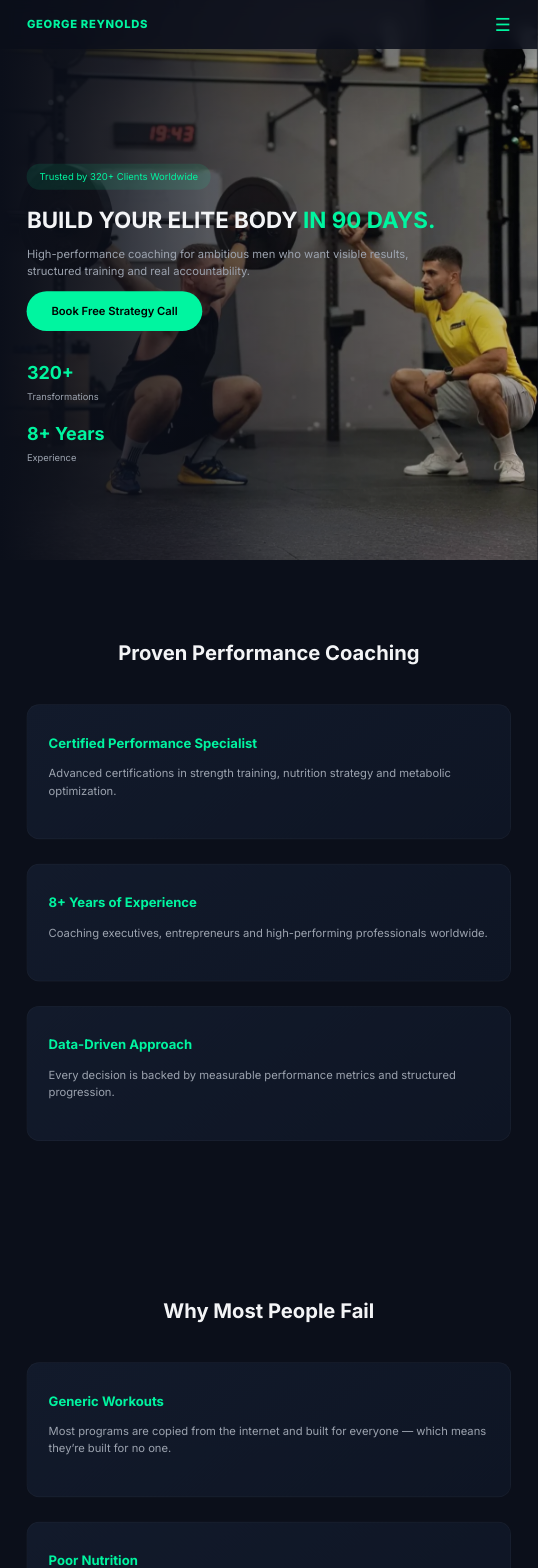
Repository: davidfsillva/Landing-page-pro
Page: index.html
An editor plug-in stored every save of this project. The page is shown before and after the next save, followed by the edit.
The browser window is 768 px wide. The pictures show the part of the page from y = 0 to 2240 px (the page is 10189 px tall), at 70% of full size.

Above is the page before, as saved 2026-02-26 19:10:35.

### index.html
<!DOCTYPE html>
<html lang="en">
<head>
    <!-- ================= BASIC META ================= -->
    <meta charset="UTF-8">
    <meta name="viewport" content="width=device-width, initial-scale=1.0, maximum-scale=5.0">
    <meta name="robots" content="index, follow">
    <link rel="canonical" href="https://www.lucasreynolds.com">

    <!-- ================= SEO ================= -->
    <title>George Reynolds | Elite Personal Trainer</title>
    <meta name="description" content="Elite personal training focused on fat loss, muscle building and peak performance. Customized programs, strategic nutrition and real accountability. Book your free fitness consultation today.">

    <!-- ================= OPEN GRAPH ================= -->
    <meta property="og:title" content="George Reynolds | Transform Your Body in 90 Days">
    <meta property="og:description" content="Personalized training programs with proven results. Limited spots available.">
    <meta property="og:type" content="website">
    <meta property="og:image" content="https://placehold.co/1200x630/0B1020/00FF99?text=GEORGE+REYNOLDS">
    <meta property="og:url" content="https://www.georgereynolds.com">
    <meta name="twitter:card" content="summary_large_image">

    <!-- FONTS -->
    <link rel="preconnect" href="https://fonts.googleapis.com">
    <link href="https://fonts.googleapis.com/css2?family=Inter:wght@300;400;600;700;800&display=swap" rel="stylesheet">

    <link rel="stylesheet" href="style.css">
</head>

<body>

<header class="header">
  <div class="container header-flex">
      <div class="logo">GEORGE REYNOLDS</div>

      <button class="menu-toggle" id="menuToggle" aria-label="Toggle Menu" aria-expanded="false">☰</button>

      <nav class="nav" id="nav">
        <a href="#home">Home</a>
        <a href="#about">About</a>
        <a href="#method">Method</a>
        <a href="#results">Results</a>
        <a href="#contact" class="nav-cta">Book Call</a>
      </nav>
  </div>
</header>

<main>

<!-- HERO -->
<section id="home" class="hero reveal">
    <div class="hero-overlay"></div>
    <div class="container hero-grid">

        <div class="hero-content">
            <div class="hero-badge">
                Trusted by 320+ Clients Worldwide
            </div>

            <h1>
                BUILD YOUR ELITE BODY
                <span>IN 90 DAYS.</span>
            </h1>

            <p>
                High-performance coaching for ambitious men who want visible results,
                structured training and real accountability.
            </p>

            <div class="hero-buttons">
                <a href="#contact" class="btn btn-primary">
                    Book Free Strategy Call
                </a>
            </div>

            <div class="hero-proof">
                <div>
                    <strong>320+</strong>
                    <small>Transformations</small>
                </div>

                <div>
                    <strong>8+ Years</strong>
                    <small>Experience</small>
                </div>
            </div>
        </div>

    </div>
</section>

<!-- AUTHORITY -->
<section class="section authority reveal">
    <div class="container">
        <h2>Proven Performance Coaching</h2>

        <div class="grid-3">
            <div class="card reveal">
                <h3>Certified Performance Specialist</h3>
                <p>Advanced certifications in strength training, nutrition strategy and metabolic optimization.</p>
            </div>

            <div class="card reveal">
                <h3>8+ Years of Experience</h3>
                <p>Coaching executives, entrepreneurs and high-performing professionals worldwide.</p>
            </div>

            <div class="card reveal">
                <h3>Data-Driven Approach</h3>
                <p>Every decision is backed by measurable performance metrics and structured progression.</p>
            </div>
        </div>
    </div>
</section>

<!-- ABOUT -->
<section id="about" class="section reveal">
    <div class="container">
        <h2>Why Most People Fail</h2>

        <div class="grid-3">
            <div class="card reveal">
                <h3>Generic Workouts</h3>
                <p>Most programs are copied from the internet and built for everyone — which means they’re built for no one.</p>
            </div>

            <div class="card reveal">
                <h3>Poor Nutrition</h3>
                <p>Extreme dieting, random calorie cutting and unsustainable routines destroy consistency.</p>
            </div>

            <div class="card reveal">
                <h3>No Accountability</h3>
                <p>Without structured guidance and weekly adjustments, discipline fades fast.</p>
            </div>
        </div>
    </div>
</section>

<!-- SOLUTION -->
<section class="section section-dark solution reveal">
    <div class="container">
        <h2>The Solution: Structure + Strategy + Accountability</h2>
        <p class="section-sub">
            Real transformation happens when training, nutrition and mindset work together.
        </p>
    </div>
</section>

<!-- METHOD -->
<section id="method" class="section section-dark reveal">
    <div class="container">
        <h2>The Reynolds Method</h2>

        <div class="method-list">
            <div class="method-item reveal" data-step="01">
                <strong>Full Performance Assessment</strong>
                <p>Deep evaluation before building your transformation plan.</p>
            </div>

            <div class="method-item reveal" data-step="02">
                <strong>Precision Custom Program</strong>
                <p>Engineered around your specific goals with measurable benchmarks.</p>
            </div>

            <div class="method-item reveal" data-step="03">
                <strong>Strategic Nutrition System</strong>
                <p>Structured framework aligned with metabolism and lifestyle.</p>
            </div>

            <div class="method-item reveal" data-step="04">
                <strong>Elite Accountability Protocol</strong>
                <p>Weekly tracking and strategic adjustments.</p>
            </div>
        </div>
    </div>
</section>

<!-- BENEFITS -->
<section class="section benefits reveal">
    <div class="container">
        <h2>What You’ll Achieve</h2>

        <div class="grid-3">
            <div class="card reveal">
                <h3>Visible Fat Loss</h3>
                <p>Reduce body fat while preserving lean muscle mass.</p>
            </div>

            <div class="card reveal">
                <h3>Lean Muscle Gain</h3>
                <p>Build a strong, aesthetic and high-performance physique.</p>
            </div>

            <div class="card reveal">
                <h3>Peak Confidence</h3>
                <p>Develop discipline and mindset that extend beyond the gym.</p>
            </div>
        </div>
    </div>
</section>

<!-- RESULTS -->
<section id="results" class="section reveal">
    <div class="container">
        <h2>Transformation Case Study Concepts</h2>

        <div class="grid-3">
            <div class="testimonial reveal">
                <img src="img/card1.webp" alt="Fitness transformation concept" loading="lazy">
                <p>"In 16 weeks, measurable strength gains and fat reduction."</p>
                <span>Sample Case Study Concept</span>
            </div>

            <div class="testimonial reveal">
                <img src="img/card2.webp" alt="Fitness coaching concept" loading="lazy">
                <p>"Structured check-ins created sustainable progress."</p>
                <span>Sample Case Study Concept</span>
            </div>

            <div class="testimonial reveal">
                <img src="img/card3.webp" alt="Elite fitness result concept" loading="lazy">
                <p>"Personalized programming transformed performance."</p>
                <span>Sample Case Study Concept</span>
            </div>
        </div>
    </div>
</section>

<!-- FAQ -->
<section class="section section-dark faq reveal">
    <div class="container">
        <h2>Frequently Asked Questions</h2>

        <div class="faq-item reveal">
            <h3>Is this program for beginners?</h3>
            <p>Yes. The program is customized based on your current fitness level.</p>
        </div>

        <div class="faq-item reveal">
            <h3>Do I need gym access?</h3>
            <p>Gym is recommended for optimal results, but adaptations can be made.</p>
        </div>

        <div class="faq-item reveal">
            <h3>How soon will I see results?</h3>
            <p>Most clients see measurable progress within the first 4–6 weeks.</p>
        </div>
    </div>
</section>

<!-- URGENCY -->
<section class="section section-dark urgency reveal">
    <div class="container">
        <h2>Limited Coaching Spots Available</h2>

        <div class="urgency-highlight">
            <strong>Only 3 Spots Remaining This Month</strong>
        </div>

        <a href="#contact" class="btn btn-primary">Apply Now</a>
    </div>
</section>

<!-- CONTACT -->
<section id="contact" class="section cta reveal">
    <div class="container contact-container">
        <h2>Book Your Free Strategy Call</h2>

        <form id="leadForm" class="form contact-form">
            <div class="input-group">
                <input type="text" id="nome" name="nome" placeholder="Full Name" required>
            </div>

            <div class="input-group">
                <input type="email" id="email" name="email" placeholder="Email Address" required>
            </div>

            <div class="input-group">
                <input type="tel" id="telefone" name="telefone" placeholder="Phone Number (DDD + Number)" required>
            </div>

            <button type="submit" class="btn btn-primary btn-full">
                Schedule My Free Call
            </button>

            <div id="formFeedback" class="form-feedback"></div>
        </form>
    </div>
</section>

</main>

<footer class="footer">
    <div class="container">
        <p>© 2026 George Reynolds Performance. All rights reserved.</p>
    </div>
</footer>

<script src="script.js"></script>
</body>
</html>

### style.css
/* ===============================
   RESET
=================================*/
*,
*::before,
*::after {
    margin: 0;
    padding: 0;
    box-sizing: border-box;
}

/* ===============================
   VARIABLES
=================================*/
:root {
    --bg: #0B0F1A;
    --bg-dark: #111827;
    --card: #161F2E;

    --text: #F3F4F6;
    --muted: #9CA3AF;

    --accent: #00F5A0;

    --radius: 18px;
    --transition: 0.35s ease;
}

/* ===============================
   BASE
=================================*/
body {
    font-family: 'Inter', sans-serif;
    background: var(--bg);
    color: var(--muted);
    line-height: 1.6;
    overflow-x: hidden;
}

.container {
    width: 90%;
    max-width: 1200px;
    margin: auto;
}

.section {
    padding: 110px 0;
}

.section-dark {
    background: var(--bg-dark);
}

h1, h2, h3 {
    color: var(--text);
}

h1 {
    font-size: clamp(2rem, 4vw, 3rem);
    line-height: 1.2;
}

h1 span {
    color: var(--accent);
}

h2 {
    font-size: clamp(1.8rem, 3vw, 2.4rem);
    margin-bottom: 50px;
    text-align: center;
}

p {
    margin: 15px 0;
}

a {
    text-decoration: none;
}

.nav a.active {
    color: var(--accent);
    font-weight: 600;
}

/* ===============================
   BUTTONS
=================================*/
.btn {
    display: inline-block;
    padding: 16px 35px;
    border-radius: 50px;
    font-weight: 600;
    transition: var(--transition);
    cursor: pointer;
}

.btn-primary {
    background: var(--accent);
    color: #000;
}

.btn-primary:hover {
    transform: translateY(-4px);
    box-shadow: 0 15px 35px -10px rgba(0,245,160,0.6);
}

/* ===============================
   HEADER
=================================*/
.header {
    position: fixed;
    width: 100%;
    background: rgba(11,15,26,0.85);
    backdrop-filter: blur(10px);
    padding: 20px 0;
    z-index: 1000;
}

.header-flex {
    display: flex;
    justify-content: space-between;
    align-items: center;
}

.logo {
    font-weight: 800;
    color: var(--accent);
    letter-spacing: 1px;
}

.nav {
    display: flex;
    gap: 30px;
}

.nav a {
    color: var(--muted);
    font-weight: 500;
    transition: var(--transition);
}

.nav a:hover {
    color: var(--accent);
}

.nav-cta {
    color: var(--accent);
}

.menu-toggle {
    display: none;
    background: none;
    border: none;
    color: var(--accent);
    font-size: 1.6rem;
}

/* ===============================
   HERO
=================================*/
.hero {
    height: 100vh;
    display: flex;
    align-items: center;
    background: url('img/hero.webp') center right/cover no-repeat;
    position: relative;
    padding-top: 100px;
}

.hero-overlay {
    position: absolute;
    inset: 0;
    background: linear-gradient(270deg, rgba(11,15,26,0.2), rgba(11,15,26,1));
}

.hero-grid {
    position: relative;
}

.hero-content {
    max-width: 600px;
}

.hero-badge {
    background: rgba(0,245,160,0.1);
    color: var(--accent);
    padding: 8px 18px;
    border-radius: 50px;
    display: inline-block;
    margin-bottom: 25px;
    font-size: 0.85rem;
}

.hero-proof {
    display: flex;
    gap: 50px;
    margin-top: 40px;
}

.hero-proof strong {
    color: var(--accent);
    font-size: 1.6rem;
    display: block;
}



/* ===============================
   GRID SYSTEM
=================================*/
.grid-3 {
    display: grid;
    grid-template-columns: repeat(3, 1fr);
    gap: 35px;
}

/* ===============================
   CARD
=================================*/
.card,
.testimonial {
    background: linear-gradient(145deg, #121A2B, #0E1524);
    padding: 40px 30px;
    border-radius: var(--radius);
    border: 1px solid rgba(255,255,255,0.04);
    transition: var(--transition);
}

.card:hover,
.testimonial:hover {
    transform: translateY(-10px);
    border-color: var(--accent);
    box-shadow: 0 25px 60px -20px rgba(0,245,160,0.4);
}

.card h3 {
    color: var(--accent);
    margin-bottom: 15px;
}

.reveal {
  opacity: 0;
  transform: translateY(40px);
  transition: all 0.8s ease;
}

.reveal.active {
  opacity: 1;
  transform: translateY(0);
}

/* ===============================
   METHOD
=================================*/
.method-list {
    display: grid;
    gap: 30px;
    margin-top: 60px;
}

.method-item {
    position: relative;
    background: linear-gradient(145deg, #141C2F, #0F1625);
    padding: 35px 40px 35px 90px;
    border-radius: var(--radius);
    border: 1px solid rgba(255,255,255,0.05);
    transition: var(--transition);
    overflow: hidden; /* IMPORTANTE */

}

.method-item::before {
    content: "";
    position: absolute;
    left: 0;
    top: 0;
    width: 6px;
    height: 100%;
    background: var(--accent);
    border-top-left-radius: var(--radius);
    border-bottom-left-radius: var(--radius);
}

.method-item::after {
    content: attr(data-step);
    position: absolute;
    right: 30px;
    top: 20px;
    font-size: 4rem;
    font-weight: 800;
    color: rgba(255,255,255,0.05);
}

.method-item:hover {
    transform: translateY(-10px);
    border-color: var(--accent);
    box-shadow: 0 25px 60px -20px rgba(0,245,160,0.4);
}

.method-item strong {
    display: block;
    color: var(--text);
    margin-bottom: 10px;
}

.solution {
    text-align: center;
}

.section-sub {
    max-width: 650px;
    margin: 0 auto;
    font-size: 1rem;
    color: var(--muted);
}

/* ===============================
   TESTIMONIAL
=================================*/
#results {
    text-align: center;
}

.testimonial {
    text-align: center;
}

.testimonial img {
    width: 100%;
    border-radius: 14px;
    margin-bottom: 20px;
}

.testimonial span {
    display: block;
    margin-top: 15px;
    font-weight: 600;
    color: var(--accent);
}

/* ===============================
   URGENCY
=================================*/
.urgency {
    text-align: center;
    background: linear-gradient(145deg, #0E1428, #0B1020);
    padding: 120px 0;
}

.urgency-highlight {
    margin: 30px 0;
    font-size: 1.2rem;
    color: var(--accent);
}

/* ===============================
   CONTACT
=================================*/
.cta {
    background: #0E1428;
    text-align: center;
    padding: 120px 0;
}

.contact-container {
    max-width: 700px;
    margin: auto;
}

.contact-form {
    display: flex;
    flex-direction: column;
    gap: 20px;
}

.contact-form input {
    width: 100%;
    padding: 18px 20px;
    border-radius: 14px;
    border: 1px solid rgba(255,255,255,0.08);
    background: #0F1625;
    color: var(--text);
    transition: var(--transition);
}

.contact-form input:focus {
    border-color: var(--accent);
    box-shadow: 0 0 0 4px rgba(0,245,160,0.15);
    outline: none;
}

.btn-full {
    width: 100%;
    padding: 18px;
    font-weight: 700;
}

/* ===============================
   FOOTER
=================================*/
.footer {
    padding: 50px 0;
    text-align: center;
    background: #05070E;
}

/* ===============================
   SCROLL REVEAL PREP
=================================*/
.reveal {
    opacity: 0;
    transform: translateY(40px);
    transition: 0.8s ease;
}

.reveal.active {
    opacity: 1;
    transform: translateY(0);
}

/* ===============================
   RESPONSIVE
=================================*/
@media (max-width: 992px) {
    .grid-3 {
        grid-template-columns: repeat(2, 1fr);
    }
}

@media (max-width: 768px) {


    .hero {
        background: url('img/heromobile.webp') center center/cover no-repeat;
    }

    .nav {
        display: none;
        flex-direction: column;
        background: var(--bg-dark);
        position: absolute;
        top: 80px;
        right: 20px;
        padding: 20px;
        border-radius: 12px;
    }

    .nav.active {
        display: flex;
    }

    .menu-toggle {
        display: block;
    }

    .grid-3 {
        grid-template-columns: 1fr;
    }

    .hero-proof {
        flex-direction: column;
        gap: 20px;
    }

    .hero {
        background-position: center;
    }

      .method-item::after {
        font-size: 2.5rem;
        top: 15px;
        right: 20px;
    }

    .method-item {
        padding: 30px 25px 30px 70px;
    }
}

### script.js
(function () {
  "use strict";

  /* =====================================================
     1. MENU RESPONSIVO (UPGRADE)
  ===================================================== */
  const menuToggle = document.getElementById("menuToggle");
  const navMenu = document.getElementById("nav");

  if (menuToggle && navMenu) {

    const toggleMenu = () => {
      const isActive = navMenu.classList.toggle("active");
      menuToggle.classList.toggle("active");
      menuToggle.setAttribute("aria-expanded", isActive);
      document.body.style.overflow = isActive ? "hidden" : "auto";
    };

    menuToggle.addEventListener("click", toggleMenu);

    // Fecha ao clicar em link
    document.querySelectorAll(".nav a").forEach(link => {
      link.addEventListener("click", () => {
        navMenu.classList.remove("active");
        menuToggle.classList.remove("active");
        menuToggle.setAttribute("aria-expanded", "false");
        document.body.style.overflow = "auto";
      });
    });

    // Fecha clicando fora
    document.addEventListener("click", (e) => {
      if (
        navMenu.classList.contains("active") &&
        !navMenu.contains(e.target) &&
        !menuToggle.contains(e.target)
      ) {
        navMenu.classList.remove("active");
        menuToggle.classList.remove("active");
        menuToggle.setAttribute("aria-expanded", "false");
        document.body.style.overflow = "auto";
      }
    });

    // Fecha com ESC
    document.addEventListener("keydown", (e) => {
      if (e.key === "Escape" && navMenu.classList.contains("active")) {
        navMenu.classList.remove("active");
        menuToggle.classList.remove("active");
        menuToggle.setAttribute("aria-expanded", "false");
        document.body.style.overflow = "auto";
      }
    });
  }

  /* =====================================================
     2. SCROLL SUAVE COM OFFSET
  ===================================================== */
  const header = document.querySelector(".header");

  document.querySelectorAll('a[href^="#"]').forEach(anchor => {
    anchor.addEventListener("click", function (e) {
      const targetId = this.getAttribute("href");
      if (targetId === "#") return;

      const target = document.querySelector(targetId);
      if (!target) return;

      e.preventDefault();

      const headerHeight = header ? header.offsetHeight : 0;
      const elementPosition = target.getBoundingClientRect().top + window.scrollY;
      const offsetPosition = elementPosition - headerHeight - 10;

      window.scrollTo({
        top: offsetPosition,
        behavior: "smooth"
      });
    });
  });

  /* =====================================================
     3. REVEAL ON SCROLL
  ===================================================== */
  const reveals = document.querySelectorAll(".reveal");

  if ("IntersectionObserver" in window) {
    const revealObserver = new IntersectionObserver((entries, observer) => {
      entries.forEach(entry => {
        if (entry.isIntersecting) {
          entry.target.classList.add("active");
          observer.unobserve(entry.target);
        }
      });
    }, { threshold: 0.15 });

    reveals.forEach(el => revealObserver.observe(el));
  }

  /* =====================================================
     4. VALIDAÇÃO + REDIRECIONAMENTO WHATSAPP
  ===================================================== */
  const form = document.getElementById("leadForm");
  const feedback = document.getElementById("formFeedback");

  if (form && feedback) {

    const emailRegex = /^[^\s@]+@[^\s@]+\.[^\s@]+$/;

    form.addEventListener("submit", function (e) {
      e.preventDefault();

      const nome = document.getElementById("nome").value.trim();
      const email = document.getElementById("email").value.trim();
      const telefone = document.getElementById("telefone").value.trim();
      const telDigits = telefone.replace(/\D/g, "");

      feedback.style.color = "#ffffff";
      feedback.textContent = "";

      if (nome.length < 5 || !/\s/.test(nome)) {
        feedback.textContent = "Digite nome e sobrenome corretamente.";
        return;
      }

      if (!emailRegex.test(email)) {
        feedback.textContent = "Digite um e-mail válido.";
        return;
      }

      if (telDigits.length < 10 || telDigits.length > 11) {
        feedback.textContent = "WhatsApp inválido. Use DDD + número.";
        return;
      }

      feedback.style.color = "#00F5A0";
      feedback.textContent = "Redirecionando para o WhatsApp...";

      const numeroPersonal = "5511999999999"; // ALTERE AQUI

      const mensagem = encodeURIComponent(
`Olá! Me chamo ${nome}.
Quero agendar minha avaliação gratuita.
E-mail: ${email}`
      );

      setTimeout(() => {
        window.location.href = `https://wa.me/${numeroPersonal}?text=${mensagem}`;
      }, 1000);
    });
  }

  /* =====================================================
     5. NAV ACTIVE ON SCROLL (PERFORMANCE IMPROVED)
  ===================================================== */
  const sections = document.querySelectorAll("section[id]");
  const navLinks = document.querySelectorAll(".nav a");

  let ticking = false;

  const updateActiveLink = () => {
    let current = "";

    sections.forEach(section => {
      const sectionTop = section.offsetTop - 120;
      const sectionHeight = section.offsetHeight;

      if (
        window.scrollY >= sectionTop &&
        window.scrollY < sectionTop + sectionHeight
      ) {
        current = section.getAttribute("id");
      }
    });

    navLinks.forEach(link => {
      link.classList.remove("active");

      if (link.getAttribute("href") === `#${current}`) {
        link.classList.add("active");
      }
    });

    ticking = false;
  };

  window.addEventListener("scroll", () => {
    if (!ticking) {
      window.requestAnimationFrame(updateActiveLink);
      ticking = true;
    }
  });

})();

After the next save:
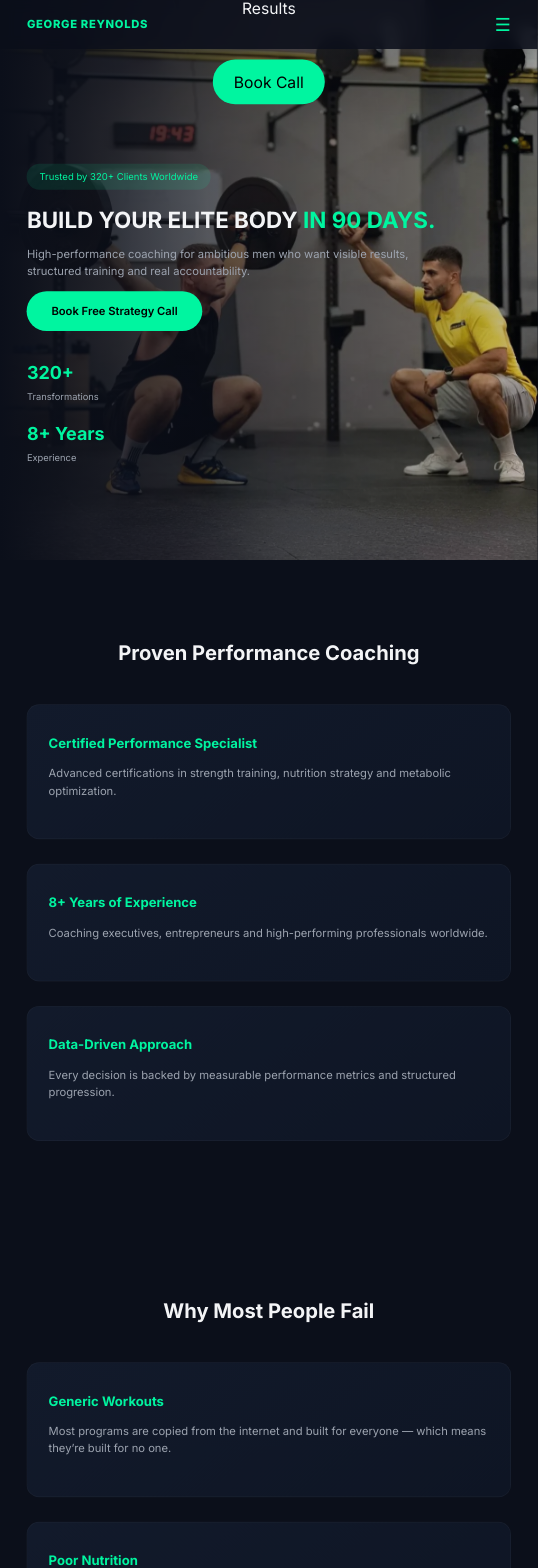
Saved 2 min 59 s later.
--- a/style.css
+++ b/style.css
@@ -436,18 +436,43 @@ a {
     }
 
     .nav {
-        display: none;
+        position: fixed;
+        inset: 0;
+        background: rgba(11,15,26,0.98);
+        backdrop-filter: blur(12px);
+
+        display: flex;
         flex-direction: column;
-        background: var(--bg-dark);
-        position: absolute;
-        top: 80px;
-        right: 20px;
-        padding: 20px;
-        border-radius: 12px;
+        justify-content: center;
+        align-items: center;
+
+        gap: 35px;
+
+        transform: translateY(-100%);
+        transition: 0.5s ease;
+
+        z-index: 999;
     }
 
     .nav.active {
-        display: flex;
+        transform: translateY(0);
+    }
+
+    .nav a {
+        font-size: 1.4rem;
+        color: var(--text);
+    }
+
+    .nav a:hover {
+        color: var(--accent);
+    }
+
+    .nav-cta {
+        margin-top: 20px;
+        background: var(--accent);
+        color: #000 !important;
+        padding: 14px 30px;
+        border-radius: 50px;
     }
 
     .menu-toggle {
